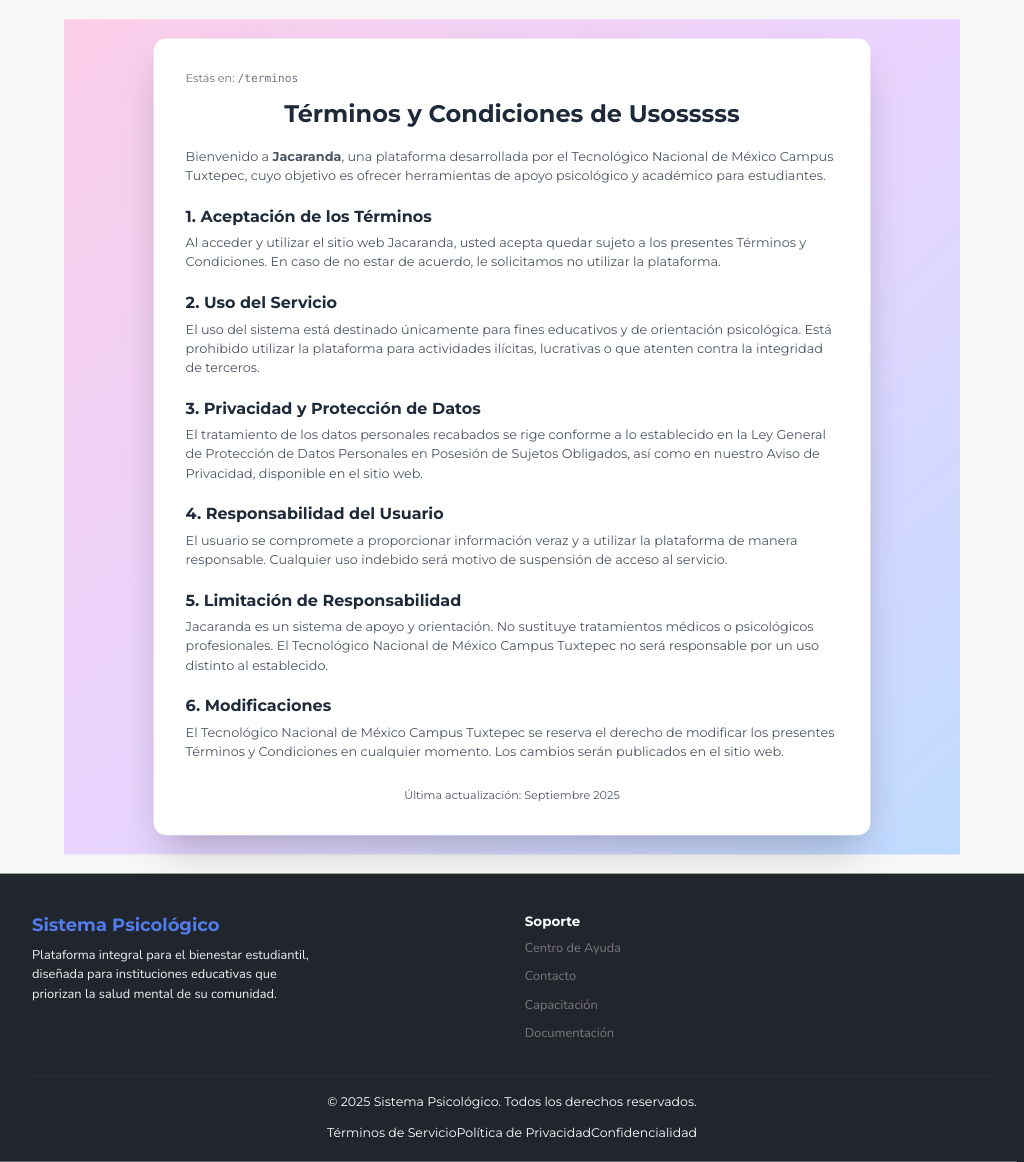
Repository: moon1710/SistemaPsico
Page: /terminos (app in client/)
The author's editor kept a copy of each file at every save. The page is drawn from the files as they stood at one save, then again after the next save.
The browser window is 1280 px wide. The pictures show the whole page, at 80% of full size.
The project was rebuilt for these pictures with package versions that can differ from the ones it lists, and the page was loaded fresh each time. Also part of the build but not shown: client/vite.config.js, client/src/components/onboarding/onboardingConfig.js, client/src/components/onboarding/TutorialSteps.jsx, client/src/components/onboarding/WelcomeForm.jsx, client/src/components/onboarding/OnboardingModal.jsx, client/src/components/layout/AdaptiveSidebar/sidebarConfig.jsx, client/src/components/layout/AdaptiveSidebar/MenuItem.jsx, client/src/components/layout/AdaptiveSidebar/SidebarHeader.jsx and 40 more.

Above is the page before, as saved 2025-09-21 17:24:56.

### client/index.html
<!doctype html>
<html lang="en">
  <head>
    <meta charset="UTF-8" />
    <link rel="icon" type="image/svg+xml" href="/idea.png" />
    <meta name="viewport" content="width=device-width, initial-scale=1.0" />
    <title>Sistema Psicológico</title>
  </head>
  <body>
    <div id="root"></div>
    <script type="module" src="/src/main.jsx"></script>
  </body>
</html>

### client/src/App.jsx
import React from "react";
import { Routes, Route } from "react-router-dom";
import { useAuth } from "./contexts/AuthContext";

// Importar el provider y componentes del onboarding
import { OnboardingProvider } from "./contexts/OnboardingContext";
import OnboardingModal from "./components/onboarding/OnboardingModal";

import Layout from "./components/layout/Layout";
import PublicLayout from "./components/layout/PublicLayout";

import ProtectedRoute, {
  PublicOnlyRoute,
  PsychologyStaffRoute,
} from "./components/auth/ProtectedRoute";

import LandingPage from "./pages/LandingPage";
import LoginPage from "./pages/LoginPage";
import DashboardPage from "./pages/DashboardPage";

//Paginas de Info
import AboutUsPage from "./pages/AboutUsPage";
import HelpPage from "./pages/HelpPage";
import DocsPage from "./pages/DocsPage";
import TerminosPage from "./pages/TerminosPage";
import PrivacidadPage from "./pages/PrivacidadPage";
import ConfidencialidadPage from "./pages/ConfidencialidadPage";

//QuizzesPages
import PublicQuizzesPage from "./pages/quizzes/PublicQuizzesPage";
import TakeQuizPage from "./pages/quizzes/TakeQuizPage";
import MyResultsPage from "./pages/quizzes/MyResultsPage";
import AdminResultsPage from "./pages/quizzes/AdminResultsPage";
import AnalyticsPage from "./pages/quizzes/AnalyticsPage";

//AppointmentPages
import BookAppointmentPage from "./pages/citas/BookAppointmentPage";
import AgendaPage from "./pages/citas/AgendaPage";
import AvailabilityPage from "./pages/citas/AvailabilityPage";
import AppointmentDetailPage from "./pages/citas/AppointmentDetailPage";
import AdminAppointmentsPage from "./pages/citas/AdminAppointmentsPage";

import { ROUTES } from "./utils/constants";
import "./App.css";

function App() {
  const { isLoading } = useAuth();

  if (isLoading) {
    return (
      <div className="min-h-screen flex items-center justify-center bg-gray-50">
        <div className="text-center">
          <div className="animate-spin rounded-full h-12 w-12 border-b-2 border-blue-600 mx-auto mb-4"></div>
          <p className="text-gray-600">Cargando aplicación...</p>
        </div>
      </div>
    );
  }

  return (
    <OnboardingProvider>
      {/* Modal de Onboarding - Se mostrará automáticamente cuando sea la primera vez */}
      <OnboardingModal />
      <Routes>
      {/* Públicas solo para NO autenticados */}
      <Route
        path="/"
        element={
          <PublicOnlyRoute>
            <LandingPage />
          </PublicOnlyRoute>
        }
      />
      <Route
        path={ROUTES.LOGIN}
        element={
          <PublicOnlyRoute>
            <LoginPage />
          </PublicOnlyRoute>
        }
      />

      {/* Públicas ABIERTAS */}
      <Route
        path={ROUTES.ABOUTUS}
        element={
          <PublicLayout>
            <AboutUsPage />
          </PublicLayout>
        }
      />
      <Route
        path={ROUTES.HELP}
        element={
          <PublicLayout>
            <HelpPage />
          </PublicLayout>
        }
      />
      <Route
        path={ROUTES.TERMINOS}
        element={
          <PublicLayout>
            <TerminosPage />
          </PublicLayout>
        }
      />
      <Route
        path={ROUTES.PRIVACIDAD}
        element={
          <PublicLayout>
            <PrivacidadPage />
          </PublicLayout>
        }
      />
      <Route
        path={ROUTES.DOCUMENTACION}
        element={
          <PublicLayout>
            <DocsPage />
          </PublicLayout>
        }
      />
      <Route
        path={ROUTES.CONFINDENCIALIDAD}
        element={
          <PublicLayout>
            <ConfidencialidadPage />
          </PublicLayout>
        }
      />
      {/* Alias opcional correcto */}
      <Route
        path={ROUTES.CONFIDENCIALIDAD_ALIAS}
        element={
          <PublicLayout>
            <ConfidencialidadPage />
          </PublicLayout>
        }
      />

      {/* Quizzes (protegidas) */}
      <Route
        path={ROUTES.QUIZ_CONTESTAR}
        element={
          <ProtectedRoute>
            <Layout>
              <PublicQuizzesPage />
            </Layout>
          </ProtectedRoute>
        }
      />
      <Route
        path={ROUTES.QUIZ_CONTESTAR_DETALLE}
        element={
          <ProtectedRoute>
            <Layout>
              <TakeQuizPage />
            </Layout>
          </ProtectedRoute>
        }
      />
      <Route
        path={ROUTES.MIS_RESULTADOS}
        element={
          <ProtectedRoute>
            <Layout>
              <MyResultsPage />
            </Layout>
          </ProtectedRoute>
        }
      />
      <Route
        path={ROUTES.QUIZ_RESULTADOS_ADMIN}
        element={
          <ProtectedRoute requiredRoles={['PSICOLOGO', 'ORIENTADOR', 'ADMIN_INSTITUCION', 'SUPER_ADMIN_INSTITUCION', 'SUPER_ADMIN_NACIONAL']}>
            <Layout>
              <AdminResultsPage />
            </Layout>
          </ProtectedRoute>
        }
      />
      <Route
        path={ROUTES.QUIZ_ANALYTICS_ADMIN}
        element={
          <ProtectedRoute requiredRoles={['PSICOLOGO', 'ORIENTADOR', 'ADMIN_INSTITUCION', 'SUPER_ADMIN_INSTITUCION', 'SUPER_ADMIN_NACIONAL']}>
            <Layout>
              <AnalyticsPage />
            </Layout>
          </ProtectedRoute>
        }
      />

      {/* Appointment Routes */}
      {/* Student - Book Appointment */}
      <Route
        path={ROUTES.AGENDAR_CITA}
        element={
          <ProtectedRoute requiredRoles={['ESTUDIANTE']}>
            <Layout>
              <BookAppointmentPage />
            </Layout>
          </ProtectedRoute>
        }
      />

      {/* Appointment Detail - Accessible by students and psychologists */}
      <Route
        path={ROUTES.CITA_DETALLE}
        element={
          <ProtectedRoute requiredRoles={['ESTUDIANTE', 'PSICOLOGO']}>
            <Layout>
              <AppointmentDetailPage />
            </Layout>
          </ProtectedRoute>
        }
      />

      {/* Psychologist - Agenda */}
      <Route
        path={ROUTES.AGENDA}
        element={
          <ProtectedRoute requiredRoles={['PSICOLOGO']}>
            <Layout>
              <AgendaPage />
            </Layout>
          </ProtectedRoute>
        }
      />

      {/* Psychologist - Availability Configuration */}
      <Route
        path={ROUTES.DISPONIBILIDAD}
        element={
          <ProtectedRoute requiredRoles={['PSICOLOGO']}>
            <Layout>
              <AvailabilityPage />
            </Layout>
          </ProtectedRoute>
        }
      />

      {/* Admin - Appointments Management */}
      <Route
        path={ROUTES.CITAS_ADMIN}
        element={
          <ProtectedRoute requiredRoles={['ADMIN_INSTITUCION', 'SUPER_ADMIN_INSTITUCION', 'SUPER_ADMIN_NACIONAL']}>
            <Layout>
              <AdminAppointmentsPage />
            </Layout>
          </ProtectedRoute>
        }
      />

      {/* Protegidas */}
      <Route
        path={ROUTES.DASHBOARD}
        element={
          <ProtectedRoute>
            <Layout>
              <DashboardPage />
            </Layout>
          </ProtectedRoute>
        }
      />
      </Routes>
    </OnboardingProvider>
  );
}

export default App;

### client/src/contexts/OnboardingContext.jsx
// client/src/contexts/OnboardingContext.jsx
import React, { createContext, useContext, useState, useEffect } from "react";
import { useAuth } from "./AuthContext";

const OnboardingContext = createContext();

export const useOnboarding = () => {
  const context = useContext(OnboardingContext);
  if (!context) {
    throw new Error("useOnboarding debe usarse dentro de OnboardingProvider");
  }
  return context;
};

export const OnboardingProvider = ({ children }) => {
  const { user, setUser } = useAuth();
  const [isFirstTime, setIsFirstTime] = useState(false);
  const [showOnboarding, setShowOnboarding] = useState(false);
  const [currentStep, setCurrentStep] = useState(0);
  const [onboardingCompleted, setOnboardingCompleted] = useState(false);

  // Clave para localStorage basada en el usuario
  const getStorageKey = () => {
    return user?.id ? `onboarding_completed_${user.id}` : null;
  };

  // Verificar si es primera vez del usuario
  useEffect(() => {
    if (user?.id) {
      // PRIORIDAD TOTAL al campo perfilCompletado de la BD
      const profileCompleted = user.perfilCompletado === 1 || user.perfilCompletado === true;

      console.log('🔍 [OnboardingContext] Verificando estado:', {
        userId: user.id,
        perfilCompletado: user.perfilCompletado,
        profileCompleted,
        shouldShowModal: !profileCompleted
      });

      if (!profileCompleted) {
        // Perfil NO completado -> mostrar modal
        setIsFirstTime(true);
        setShowOnboarding(true);
        setOnboardingCompleted(false);
        console.log('📝 [OnboardingContext] Mostrando modal de onboarding');
      } else {
        // Perfil completado -> no mostrar modal
        setIsFirstTime(false);
        setShowOnboarding(false);
        setOnboardingCompleted(true);
        console.log('✅ [OnboardingContext] Perfil ya completado, ocultando modal');
      }
    }
  }, [user?.id, user?.perfilCompletado]);

  // Refrescar datos del usuario desde el servidor
  const refreshUserProfile = async () => {
    try {
      const token = localStorage.getItem('auth_token');
      if (!token) return;

      const response = await fetch('/api/auth/profile', {
        method: 'GET',
        headers: {
          'Authorization': `Bearer ${token}`,
          'Content-Type': 'application/json',
        },
        credentials: 'include',
      });

      if (response.ok) {
        const result = await response.json();
        if (result.success && result.data?.user) {
          const freshUser = result.data.user;
          setUser(freshUser);
          console.log('🔄 [OnboardingContext] Usuario refrescado desde servidor:', freshUser);

          // También actualizar localStorage
          localStorage.setItem('user_data', JSON.stringify(freshUser));
          return freshUser;
        }
      }
    } catch (error) {
      console.error('❌ [OnboardingContext] Error refrescando usuario:', error);
    }
    return null;
  };

  // Marcar onboarding como completado
  const completeOnboarding = async () => {
    if (user?.id) {
      const storageKey = getStorageKey();
      localStorage.setItem(storageKey, "true");
      setOnboardingCompleted(true);
      setShowOnboarding(false);
      setIsFirstTime(false);

      // IMPORTANTE: Obtener datos frescos del servidor en lugar de solo actualizar localmente
      console.log('🔄 [OnboardingContext] Refrescando datos del usuario desde servidor...');
      const freshUser = await refreshUserProfile();

      if (freshUser) {
        console.log('✅ [OnboardingContext] Usuario actualizado con datos frescos');
      } else {
        // Fallback: actualizar localmente si falla la petición
        const updatedUser = {
          ...user,
          perfilCompletado: 1
        };
        setUser(updatedUser);
        console.log('⚠️ [OnboardingContext] Fallback: Usuario actualizado localmente');
      }
    }
  };

  // Reiniciar onboarding (para testing o reactivar)
  const resetOnboarding = () => {
    if (user?.id) {
      const storageKey = getStorageKey();
      localStorage.removeItem(storageKey);
      setOnboardingCompleted(false);
      setIsFirstTime(true);
      setShowOnboarding(true);
      setCurrentStep(0);
    }
  };

  // Navegar entre pasos
  const nextStep = () => {
    setCurrentStep((prev) => prev + 1);
  };

  const prevStep = () => {
    setCurrentStep((prev) => Math.max(0, prev - 1));
  };

  const goToStep = (step) => {
    setCurrentStep(step);
  };

  // Cerrar onboarding sin completar
  const closeOnboarding = () => {
    setShowOnboarding(false);
  };

  const value = {
    isFirstTime,
    showOnboarding,
    currentStep,
    onboardingCompleted,
    completeOnboarding,
    resetOnboarding,
    nextStep,
    prevStep,
    goToStep,
    closeOnboarding,
    user,
  };

  return (
    <OnboardingContext.Provider value={value}>
      {children}
    </OnboardingContext.Provider>
  );
};

### client/src/components/layout/PublicLayout.jsx
// components/layout/PublicLayout.jsx
import Footer from "./Footer";

export default function PublicLayout({ children }) {
  return (
    <div className="min-h-screen bg-[#f7f7f7] text-[#1d1d1f]">
      <main className="max-w-6xl mx-auto px-4 py-6">{children}</main>
      <Footer />
    </div>
  );
}

### client/src/pages/TerminosPage.jsx
// src/pages/TerminosPage.jsx
import { useLocation } from "react-router-dom";

export default function TerminosPage() {
  const { pathname } = useLocation();

  return (
    <div className="min-h-screen w-full bg-gradient-to-br from-pink-200 via-purple-200 to-blue-200 p-6">
      <div className="max-w-4xl mx-auto bg-white shadow-2xl rounded-2xl p-10">
        <p className="text-sm text-gray-500 mb-4">
          Estás en: <code>{pathname}</code>
        </p>

        <h1 className="text-3xl font-bold text-center text-gray-800 mb-6">
          Términos y Condiciones de Usosssss
        </h1>

        <p className="text-gray-600 mb-4">
          Bienvenido a <strong>Jacaranda</strong>, una plataforma desarrollada
          por el Tecnológico Nacional de México Campus Tuxtepec, cuyo objetivo
          es ofrecer herramientas de apoyo psicológico y académico para
          estudiantes.
        </p>

        <h2 className="text-xl font-semibold text-gray-800 mt-6 mb-2">
          1. Aceptación de los Términos
        </h2>
        <p className="text-gray-600 mb-4">
          Al acceder y utilizar el sitio web Jacaranda, usted acepta quedar
          sujeto a los presentes Términos y Condiciones. En caso de no estar de
          acuerdo, le solicitamos no utilizar la plataforma.
        </p>

        <h2 className="text-xl font-semibold text-gray-800 mt-6 mb-2">
          2. Uso del Servicio
        </h2>
        <p className="text-gray-600 mb-4">
          El uso del sistema está destinado únicamente para fines educativos y
          de orientación psicológica. Está prohibido utilizar la plataforma para
          actividades ilícitas, lucrativas o que atenten contra la integridad de
          terceros.
        </p>

        <h2 className="text-xl font-semibold text-gray-800 mt-6 mb-2">
          3. Privacidad y Protección de Datos
        </h2>
        <p className="text-gray-600 mb-4">
          El tratamiento de los datos personales recabados se rige conforme a lo
          establecido en la Ley General de Protección de Datos Personales en
          Posesión de Sujetos Obligados, así como en nuestro Aviso de Privacidad,
          disponible en el sitio web.
        </p>

        <h2 className="text-xl font-semibold text-gray-800 mt-6 mb-2">
          4. Responsabilidad del Usuario
        </h2>
        <p className="text-gray-600 mb-4">
          El usuario se compromete a proporcionar información veraz y a utilizar
          la plataforma de manera responsable. Cualquier uso indebido será motivo
          de suspensión de acceso al servicio.
        </p>

        <h2 className="text-xl font-semibold text-gray-800 mt-6 mb-2">
          5. Limitación de Responsabilidad
        </h2>
        <p className="text-gray-600 mb-4">
          Jacaranda es un sistema de apoyo y orientación. No sustituye
          tratamientos médicos o psicológicos profesionales. El Tecnológico
          Nacional de México Campus Tuxtepec no será responsable por un uso
          distinto al establecido.
        </p>

        <h2 className="text-xl font-semibold text-gray-800 mt-6 mb-2">
          6. Modificaciones
        </h2>
        <p className="text-gray-600 mb-4">
          El Tecnológico Nacional de México Campus Tuxtepec se reserva el derecho
          de modificar los presentes Términos y Condiciones en cualquier momento.
          Los cambios serán publicados en el sitio web.
        </p>

        <p className="text-gray-600 mt-8 text-sm text-center">
          Última actualización: Septiembre 2025
        </p>
      </div>
    </div>
  );
}

### client/src/components/layout/Footer.jsx
import { Link } from "react-router-dom";
import { ROUTES } from "../../utils/constants";

export default function Footer() {
  return (
    <footer className="footer">
      <div className="footer-inner">
        <div className="footer-main">
          <div>
            <h3 className="footer-title">Sistema Psicológico</h3>
            <p className="footer-desc">
              Plataforma integral para el bienestar estudiantil, diseñada para
              instituciones educativas que priorizan la salud mental de su
              comunidad.
            </p>
          </div>

          <div>
            <h4
              className="footer-title"
              style={{ color: "#fff", fontWeight: 600, fontSize: "1.05rem" }}
            >
              Soporte
            </h4>
            <ul className="footer-links">
              <li>
                <Link to={ROUTES.HELP}>Centro de Ayuda</Link>
              </li>
              <li>
                <Link to={ROUTES.ABOUTUS}>Contacto</Link>
              </li>
              <li>
                <Link to={ROUTES.DOCUMENTACION}>Capacitación</Link>
              </li>
              <li>
                <Link to={ROUTES.DOCUMENTACION}>Documentación</Link>
              </li>
            </ul>
          </div>
        </div>

        <div className="footer-bottom">
          <p>
            © {new Date().getFullYear()} Sistema Psicológico. Todos los derechos
            reservados.
          </p>
          <div className="footer-bottom-links">
            <Link to={ROUTES.TERMINOS}>Términos de Servicio</Link>
            <Link to={ROUTES.PRIVACIDAD}>Política de Privacidad</Link>
            <Link to={ROUTES.CONFINDENCIALIDAD}>Confidencialidad</Link>
          </div>
        </div>
      </div>
    </footer>
  );
}

Loaded but not shown: client/src/main.jsx (common file); client/src/App.css (common file); client/src/utils/constants.js (213 lines, source omitted); client/src/services/authService.js (219 lines, source omitted); client/src/utils/roles.js (38 lines, source omitted); client/src/index.css (441 lines, source omitted); client/src/contexts/AuthContext.jsx (292 lines, source omitted)

After the next save:
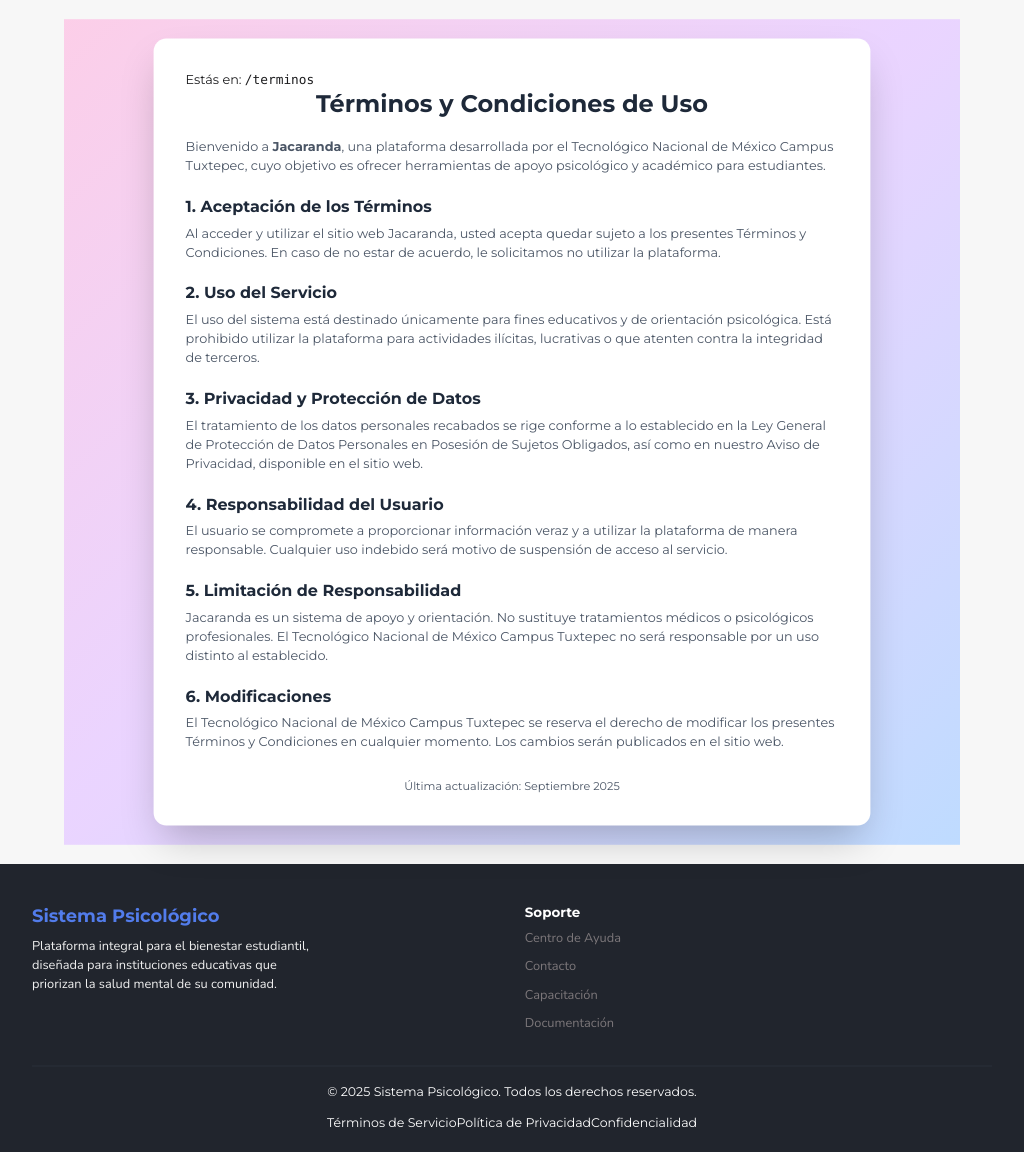
Saved 14 s later.
--- a/client/src/pages/TerminosPage.jsx
+++ b/client/src/pages/TerminosPage.jsx
@@ -5,14 +5,11 @@
   const { pathname } = useLocation();
 
   return (
-    <div className="min-h-screen w-full bg-gradient-to-br from-pink-200 via-purple-200 to-blue-200 p-6">
-      <div className="max-w-4xl mx-auto bg-white shadow-2xl rounded-2xl p-10">
-        <p className="text-sm text-gray-500 mb-4">
-          Estás en: <code>{pathname}</code>
-        </p>
-
+      <div className="min-h-screen flex items-center justify-center bg-gradient-to-br from-pink-200 via-purple-200 to-blue-200 p-6">
+      <div className="bg-white shadow-2xl rounded-2xl max-w-4xl w-full p-10 overflow-y-auto">
+        Estás en: <code>{pathname}</code>
         <h1 className="text-3xl font-bold text-center text-gray-800 mb-6">
-          Términos y Condiciones de Usosssss
+          Términos y Condiciones de Uso
         </h1>
 
         <p className="text-gray-600 mb-4">
@@ -45,10 +42,10 @@
           3. Privacidad y Protección de Datos
         </h2>
         <p className="text-gray-600 mb-4">
-          El tratamiento de los datos personales recabados se rige conforme a lo
-          establecido en la Ley General de Protección de Datos Personales en
-          Posesión de Sujetos Obligados, así como en nuestro Aviso de Privacidad,
-          disponible en el sitio web.
+          El tratamiento de los datos personales recabados se rige conforme a
+          lo establecido en la Ley General de Protección de Datos Personales en
+          Posesión de Sujetos Obligados, así como en nuestro Aviso de
+          Privacidad, disponible en el sitio web.
         </p>
 
         <h2 className="text-xl font-semibold text-gray-800 mt-6 mb-2">
@@ -56,8 +53,8 @@
         </h2>
         <p className="text-gray-600 mb-4">
           El usuario se compromete a proporcionar información veraz y a utilizar
-          la plataforma de manera responsable. Cualquier uso indebido será motivo
-          de suspensión de acceso al servicio.
+          la plataforma de manera responsable. Cualquier uso indebido será
+          motivo de suspensión de acceso al servicio.
         </p>
 
         <h2 className="text-xl font-semibold text-gray-800 mt-6 mb-2">
@@ -74,9 +71,9 @@
           6. Modificaciones
         </h2>
         <p className="text-gray-600 mb-4">
-          El Tecnológico Nacional de México Campus Tuxtepec se reserva el derecho
-          de modificar los presentes Términos y Condiciones en cualquier momento.
-          Los cambios serán publicados en el sitio web.
+          El Tecnológico Nacional de México Campus Tuxtepec se reserva el
+          derecho de modificar los presentes Términos y Condiciones en cualquier
+          momento. Los cambios serán publicados en el sitio web.
         </p>
 
         <p className="text-gray-600 mt-8 text-sm text-center">
